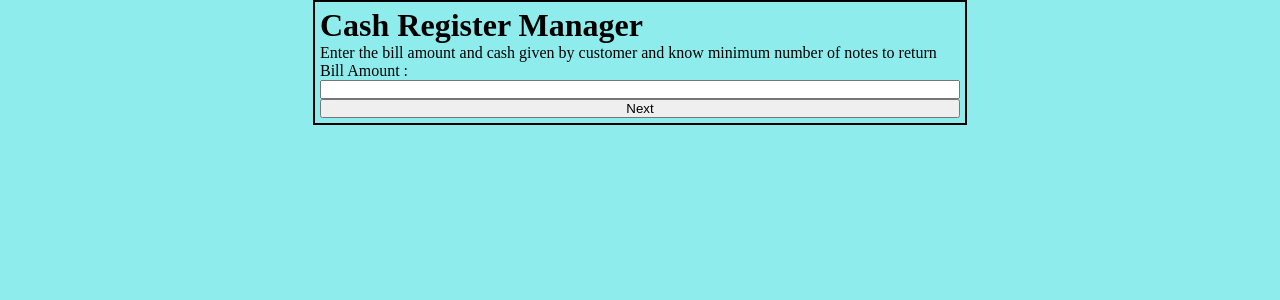
Repository: patelamancode/Cash-register-manager-app
Page: index.html
An editor plug-in stored every save of this project. The page is shown before and after the next save, followed by the edit.
The browser window is 1280 px wide. The pictures show the whole page.

Above is the page before, as saved 2022-11-18 15:27:37.

After the next save:
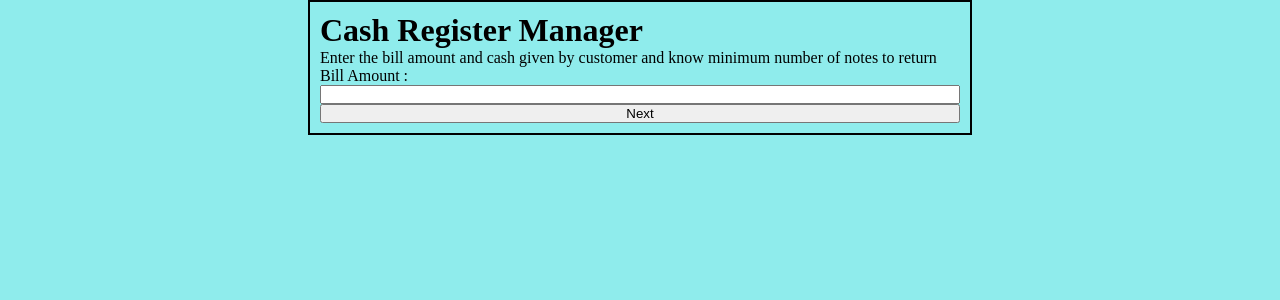
Saved 6 s later.
--- a/index.css
+++ b/index.css
@@ -12,7 +12,7 @@ body{
     flex-direction: column;
     width: 50vw;
     margin: auto;
-    padding: 5px;
+    padding: 10px;
     border: 2px solid black;
 
 }
